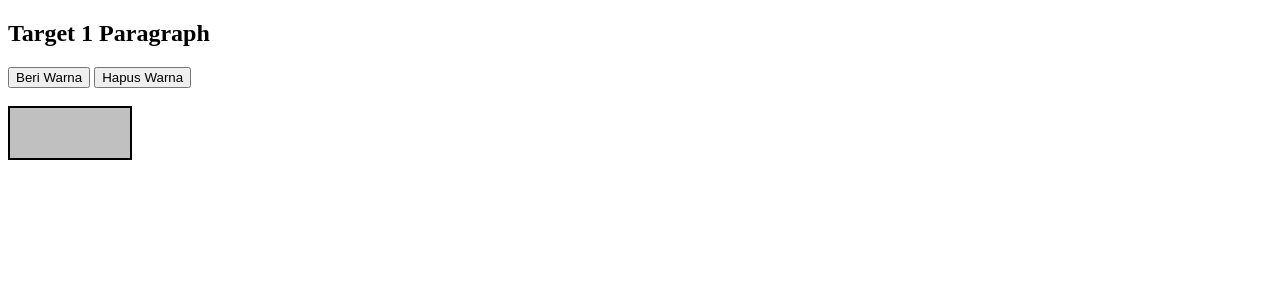
Repository: Irantsitumorang/projectRepo1
Page: BelajarJS/LatihanHTML/WebContent/jQuerytugas.html
An editor plug-in stored every save of this project. The page is shown before and after the next save, followed by the edit.
The browser window is 1280 px wide. The pictures show the whole page.

Above is the page before, as saved 2021-06-30 04:04:45.
Console error: ReferenceError: $ is not defined

After the next save:
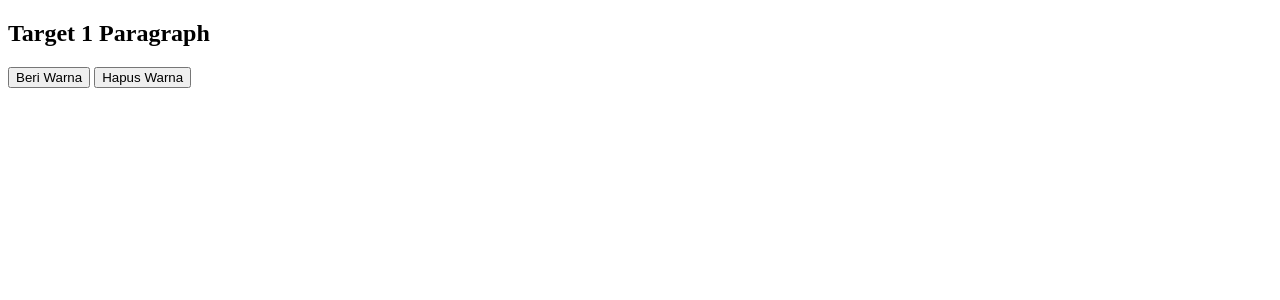
Saved 35 s later.
--- a/BelajarJS/LatihanHTML/WebContent/jQuerytugas.html
+++ b/BelajarJS/LatihanHTML/WebContent/jQuerytugas.html
@@ -31,7 +31,5 @@
   <h2>Target 1 Paragraph</h2>
   <button id="tombol_animasi">Beri Warna</button>
   <button id="tombol_animasi">Hapus Warna</button>
-<br><br>
-  <div id="box"></div>
 </body>
 </html>
